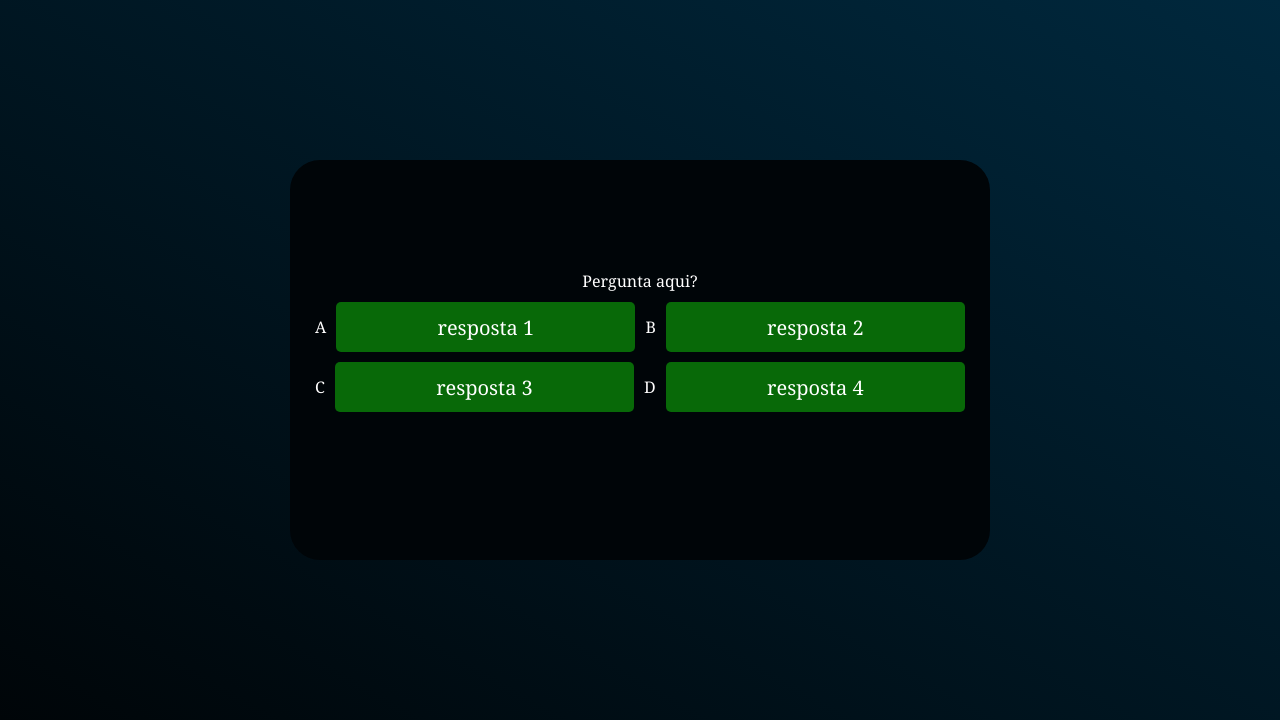
Repository: LaisSilvaO/Projeto-Quizz
Page: telas/index.html
The author's editor kept a copy of each file at every save. The page is drawn from the files as they stood at one save, then again after the next save.
The browser window is 1280 px wide. The pictures show the whole page.

Above is the page before, as saved 2024-12-26 11:38:01.

### telas/index.html
<!DOCTYPE html>
<html lang="pt-br">

<head>
    <meta charset="UTF-8">
    <meta name="viewport" content="width=device-width, initial-scale=1.0">
    <title>Perguntas</title>
    <link rel="stylesheet" href="../img/tela.css">
</head>

<body>

    <div class="box1">
        <div class="box2">
            <div class="content">
                <span class="qtddquestao"></span>
                <span class="questao">Pergunta aqui?</span>
                <div class="resposta">
                    A<button class="respbotao">resposta 1</button>
                    B<button class="respbotao">resposta 2</button>
                </div>
                <div class="resposta">
                    C<button class="respbotao">resposta 3</button>
                    D<button class="respbotao">resposta 4</button>
                </div>
            </div>
            <div class="final">
                <span></span>
                <button>REINICIAR JOGO</button>
                <button class="proximapergunta">PROXIMA PERGUNTA</button>
            </div>
        </div>
    </div>


</body>

</html>

### img/tela.css
* {
  margin: 0;
  padding: 0;
  box-sizing: border-box;
  font-family: Cambria, Cochin, Georgia, Times, 'Times New Roman', serif;
}

body {
  height: 100vh;
  display: flex;
  justify-content: center;
  align-items: center;
  flex-direction: column;
  background: linear-gradient(210deg, #00283d, #000508);
}

main {
  background-color: white;
  padding: 10px;
  border-radius: 10px;
  width: 100%;
  max-width: 600px;
  min-height: 400px;
  display: flex;
  justify-content: center;
  align-items: center;
}

.box1 {
  position: relative;
  width: 700px;
  height: 410px;

  border-radius: 30px;
  display: flex;
  justify-content: center;
  align-items: center;
  flex-direction: column;
  overflow: hidden;

}

.box2 {
  position: relative;
  width: 700px;
  height: 400px;
  background-color: #000508;
  border-radius: 30px;
  display: flex;
  justify-content: center;
  align-items: center;
  flex-direction: column;
  overflow: hidden;
  color: white;
}

/* Borda animada externa */
.box1::before {
  content: '';
  position: absolute;
  top: 0;
  left: 0;
  width: 100%;
  height: 100%;
  border-radius: 30px;
  border: 0px solid transparent;
  /* Espessura da borda aumentada */
  background-image: linear-gradient(to bottom, #157815, #93b608);
  background-size: 400%;
  /* Aumenta o tamanho da animação da borda */
  animation: borderAnimation 6s linear infinite;
  z-index: -1;
  /* Garante que a borda fique atrás do conteúdo */
}

@keyframes borderAnimation {
  0% {
    top: 0px;
    left: 0px;
  }

  25% {
    top: 0px;
    left: 700px;
    /* Canto superior direito */
  }

  50% {
    top: 0px;
    left: 0px;
    /* Canto inferior direito */
  }

  75% {
    top: 700px;
    left: 0px;
    /* Canto inferior esquerdo */
  }

  100% {
    top: 700px;
    left: 0px;
    /* Retorna ao canto superior esquerdo */
  }
}

h2 {
  padding: 10px;
  display: flex;
  /* Ativa o modelo de layout flex */
  justify-content: center;
  /* Centraliza horizontalmente */
  align-items: center;
  /* Centraliza verticalmente */
  text-align: center;
  /* Centraliza as linhas de texto */
  height: 40%;
}

h4 {
  padding: 10px;
}

.content {
  display: flex;
  gap: 10px;
  flex-direction: column;
  width: 700px;
  height: 200px;
  align-items: center;
}

.qtddquestao {
  text-align: end;
}

.resposta {
  display: flex;
  gap: 10px;
  justify-content: center;
  align-items: center;
  width: 650px; /* Aumentado o botão das respostas*/
  height: 50px; /* Aumentado */
}

.resposta button {
  width: 500px; /* Aumentado */
  height: 50px; /* Aumentado */
  font-size: 20px; /* Para melhorar a legibilidade */
}


button {
  width: 90px;
  height: 45px;
  text-align: center;
  padding: 5px;
  border: none;
  border-radius: 5px;
  cursor: pointer;
  background-color: rgb(8, 105, 8);
  color: white;
}

.final {
  display: none;
  flex-direction: column;
  gap: 10px;

}

.final button {
  text-align: center;
}

After the next save:
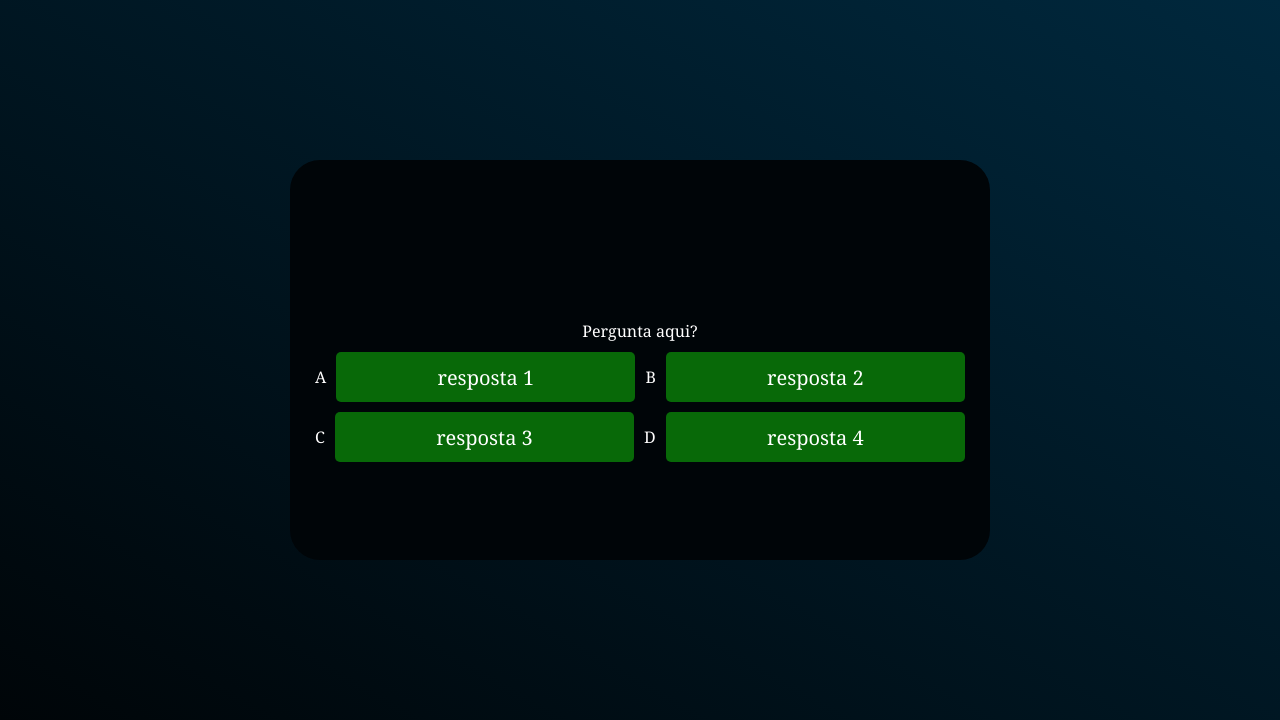
Saved 32 s later.
--- a/img/tela.css
+++ b/img/tela.css
@@ -126,7 +126,7 @@ h4 {
   gap: 10px;
   flex-direction: column;
   width: 700px;
-  height: 200px;
+  height: 100px;
   align-items: center;
 }
 
